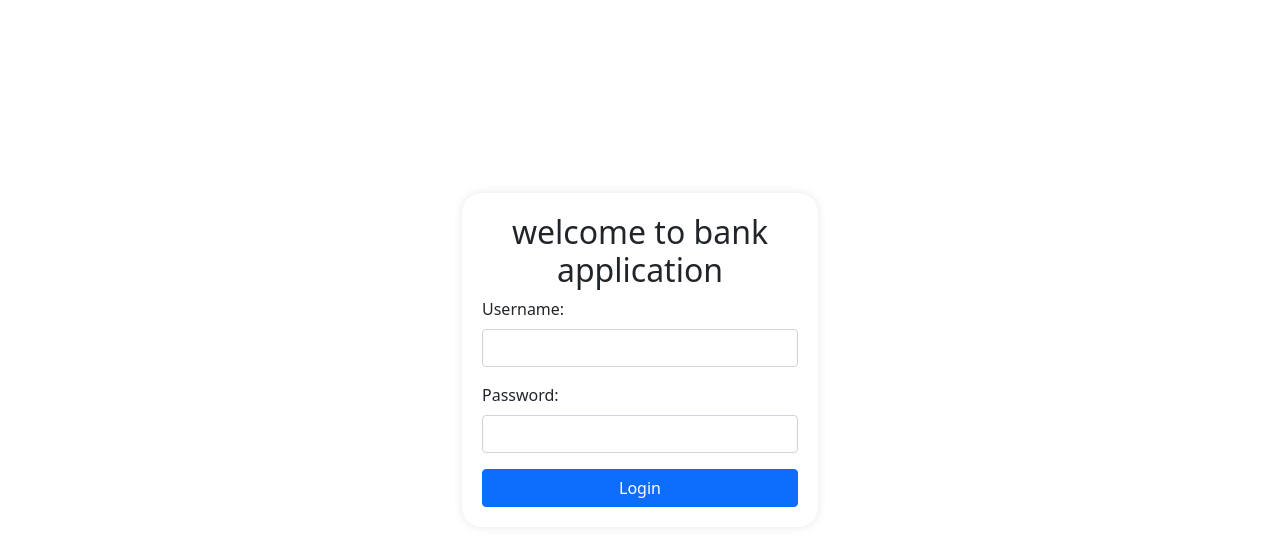
Repository: RMVLajaykumar/monojavaee
Page: http://localhost/13-bankapplication-demo/login.jsp
The author's editor kept a copy of each file at every save. The page is drawn from the files as they stood at one save, then again after the next save.
The browser window is 1280 px wide. The pictures show the whole page.
The page is served by Tomcat 9. Nobody is signed in. The application's start-up code is not run. Other server files are loaded and not shown.

Above is the page before, as saved 2024-07-19 16:21:01.

### 13-bankapplication-demo/WebContent/login.jsp
<%@ page language="java" contentType="text/html; charset=ISO-8859-1"
	pageEncoding="ISO-8859-1"%>
<%@ taglib uri="http://java.sun.com/jsp/jstl/core" prefix="c"%>
<%@ taglib uri="http://java.sun.com/jsp/jstl/functions" prefix="fn"%>

<!DOCTYPE html>
<html>
<head>
<title>Login</title>
<link
	href="https://cdn.jsdelivr.net/npm/bootstrap@5.0.2/dist/css/bootstrap.min.css"
	rel="stylesheet"
	integrity="sha384-EVSTQN3/azprG1Anm3QDgpJLIm9Nao0Yz1ztcQTwFspd3yD65VohhpuuCOmLASjC"
	crossorigin="anonymous">
<script
	src="https://cdn.jsdelivr.net/npm/bootstrap@5.0.2/dist/js/bootstrap.bundle.min.js"
	integrity="sha384-MrcW6ZMFYlzcLA8Nl+NtUVF0sA7MsXsP1UyJoMp4YLEuNSfAP+JcXn/tWtIaxVXM"
	crossorigin="anonymous"></script>
<style>
    body {
        background-color: white;
        display: flex;
        justify-content: center;
        align-items: center;
        height: 100vh;
    }
    .login-form {
        background: white;
        padding: 20px;
        border-radius: 20px;
        box-shadow: 0 0 10px rgba(0, 0, 0, 0.1);
    }
    .login-form input {
        margin-bottom: 10px;
    }
    .login-form button {
        width: 100%;
    }
</style>
</head>
<body>
    <div class="container">
        <div class="row justify-content-center">
            <div class="col-md-4">
                <form action="login" method="post" class="login-form">
                    <h2 class="text-center">welcome to bank application</h2>
                    <div class="mb-3">
                        <label for="username" class="form-label">Username:</label>
                        <input type="text" class="form-control" id="username" name="username" required>
                    </div>
                    <div class="mb-3">
                        <label for="password" class="form-label">Password:</label>
                        <input type="password" class="form-control" id="password" name="password" required>
                    </div>
                    <button type="submit" class="btn btn-primary">Login</button>
                    <c:if test="${param.error != null}">
                        <p class="text-danger text-center mt-3">Invalid username or password</p>
                    </c:if>
                </form>
            </div>
        </div>
    </div>
</body>
</html>

After the next save:
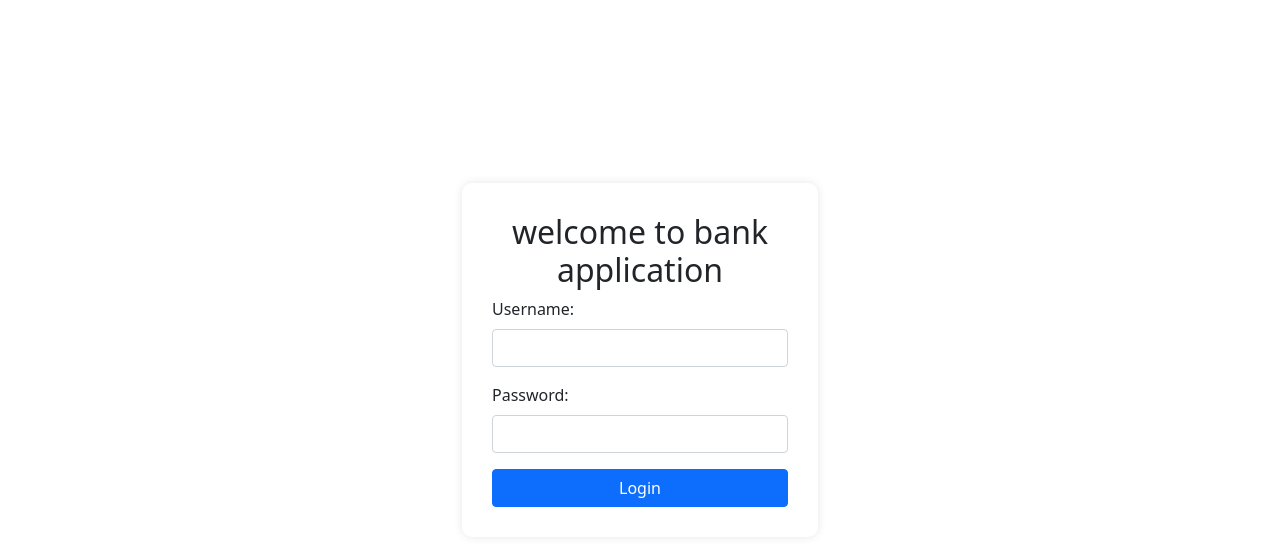
Saved 23 s later.
--- a/13-bankapplication-demo/WebContent/login.jsp
+++ b/13-bankapplication-demo/WebContent/login.jsp
@@ -26,8 +26,8 @@
     }
     .login-form {
         background: white;
-        padding: 20px;
-        border-radius: 20px;
+        padding: 30px;
+        border-radius: 10px;
         box-shadow: 0 0 10px rgba(0, 0, 0, 0.1);
     }
     .login-form input {
